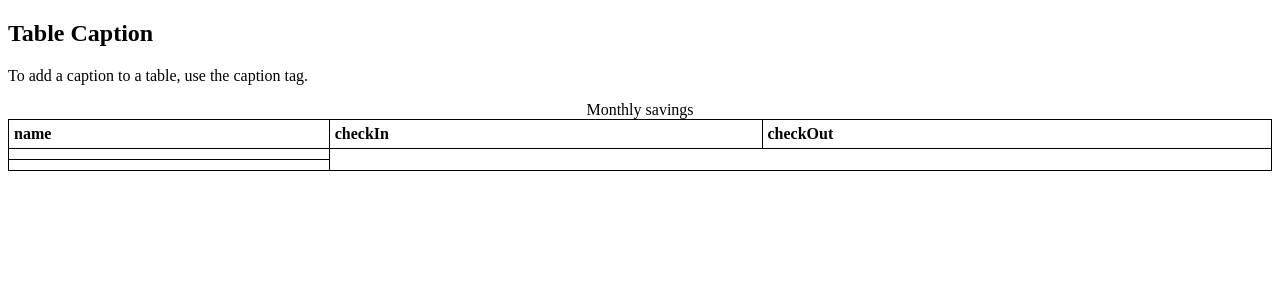
Repository: marianatudo/trabajo-final-progra-2
Page: templates/myReservations.html
The author's editor kept a copy of each file at every save. The page is drawn from the files as they stood at one save, then again after the next save.
The browser window is 1280 px wide. The pictures show the whole page.

Above is the page before, as saved 2021-03-23 16:14:02.

### templates/myReservations.html
<!DOCTYPE html>
<html>

<head>
    <style>
        table,
        th,
        td {
            border: 1px solid black;
            border-collapse: collapse;
        }

        th,
        td {
            padding: 5px;
            text-align: left;
        }
    </style>
</head>

<body>

    <h2>Table Caption</h2>
    <p>To add a caption to a table, use the caption tag.</p>

    <table style="width:100%">
        <caption>Monthly savings</caption>
        <tr>
            <th>name</th>
            <th>checkIn</th>
            <th>checkOut</th>
        </tr>
        <tr id="nameM">

        </tr>
        <tr>
            <th id="checkInM"></th>
        </tr>
        <tr>
            <th id="checkOutM"></th>
        </tr>
    </table>

</body>

</html>

After the next save:
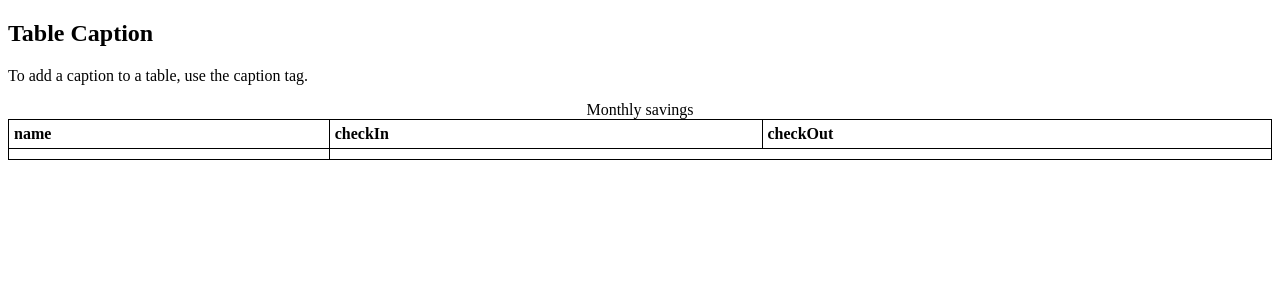
Saved 26 s later.
--- a/templates/myReservations.html
+++ b/templates/myReservations.html
@@ -33,8 +33,7 @@
         <tr id="nameM">
 
         </tr>
-        <tr>
-            <th id="checkInM"></th>
+        <tr id="checkInM">
         </tr>
         <tr>
             <th id="checkOutM"></th>
